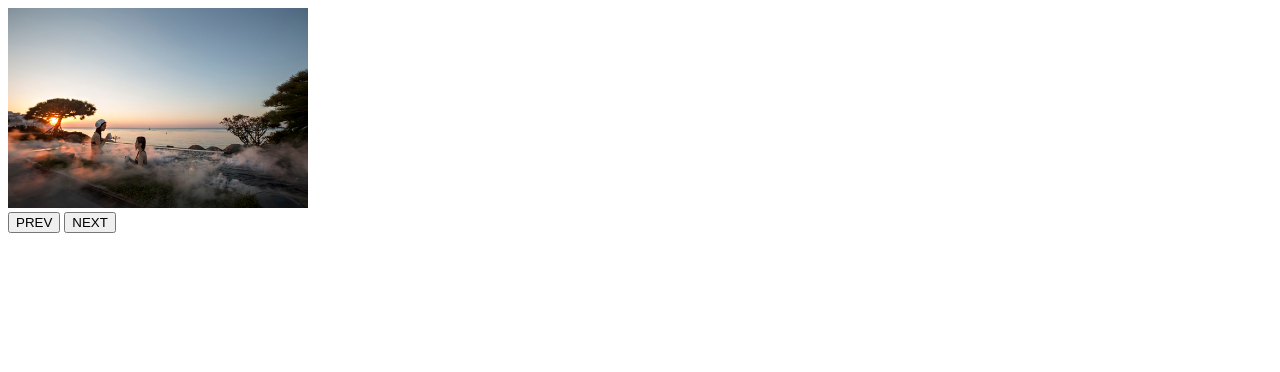
Repository: IreneCho/sk
Page: jqueryTest/WebContent/20160812/imageslide.html
These files come from the project's save history. The page is drawn as it stood at one moment and after the next save; the edit follows.
The browser window is 1280 px wide. The pictures show the whole page.
Some web libraries are served in a nearby version.

Above is the page before, as saved 2016-08-22 03:33:30.

After the next save:
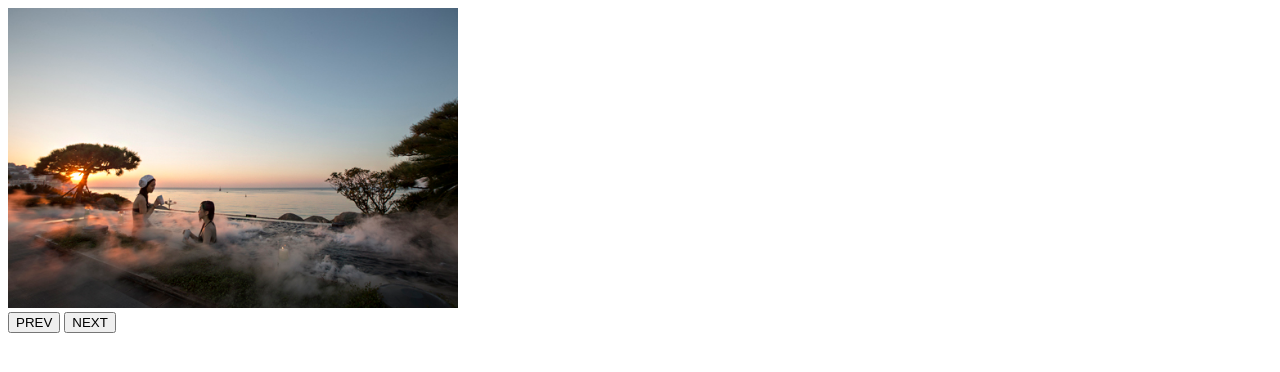
Saved 8 s later.
--- a/jqueryTest/WebContent/20160812/imageslide.html
+++ b/jqueryTest/WebContent/20160812/imageslide.html
@@ -10,7 +10,7 @@
 
 	<div>
 		<div id="slideConteiner">
-			<img src="image/img4.jpg" id="imgTag" width="300"/>
+			<img src="image/img4.jpg" id="imgTag" width="450"/>
 		</div>
 		<button type="button" id="pre">PREV</button>
 		<button type="button" id="next">NEXT</button>
